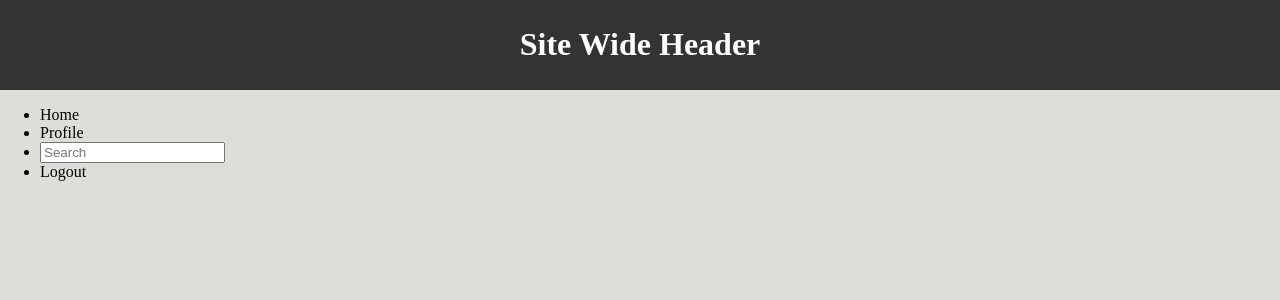
Repository: ayeza-baseer/AssignmentFlexbox
Page: assignment.html
These files come from the project's save history. The page is drawn as it stood at one moment and after the next save; the edit follows.
The browser window is 1280 px wide. The pictures show the whole page.

Above is the page before, as saved 2023-03-17 13:31:36.

After the next save:
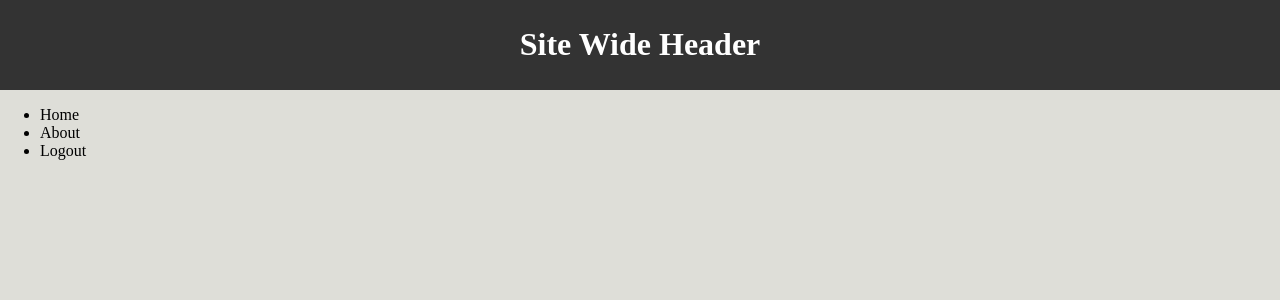
Saved 54 s later.
--- a/assignment.html
+++ b/assignment.html
@@ -14,10 +14,8 @@
     <nav>
         <ul class="container">
             <li>Home</li>
-            <li>Profile</li>
-            <li class="search">
-                <input type="text" class="search-input" placeholder="Search">
-            </li>
+            <li>About</li>
+
             <li>Logout</li>
         </ul>
     </nav>
